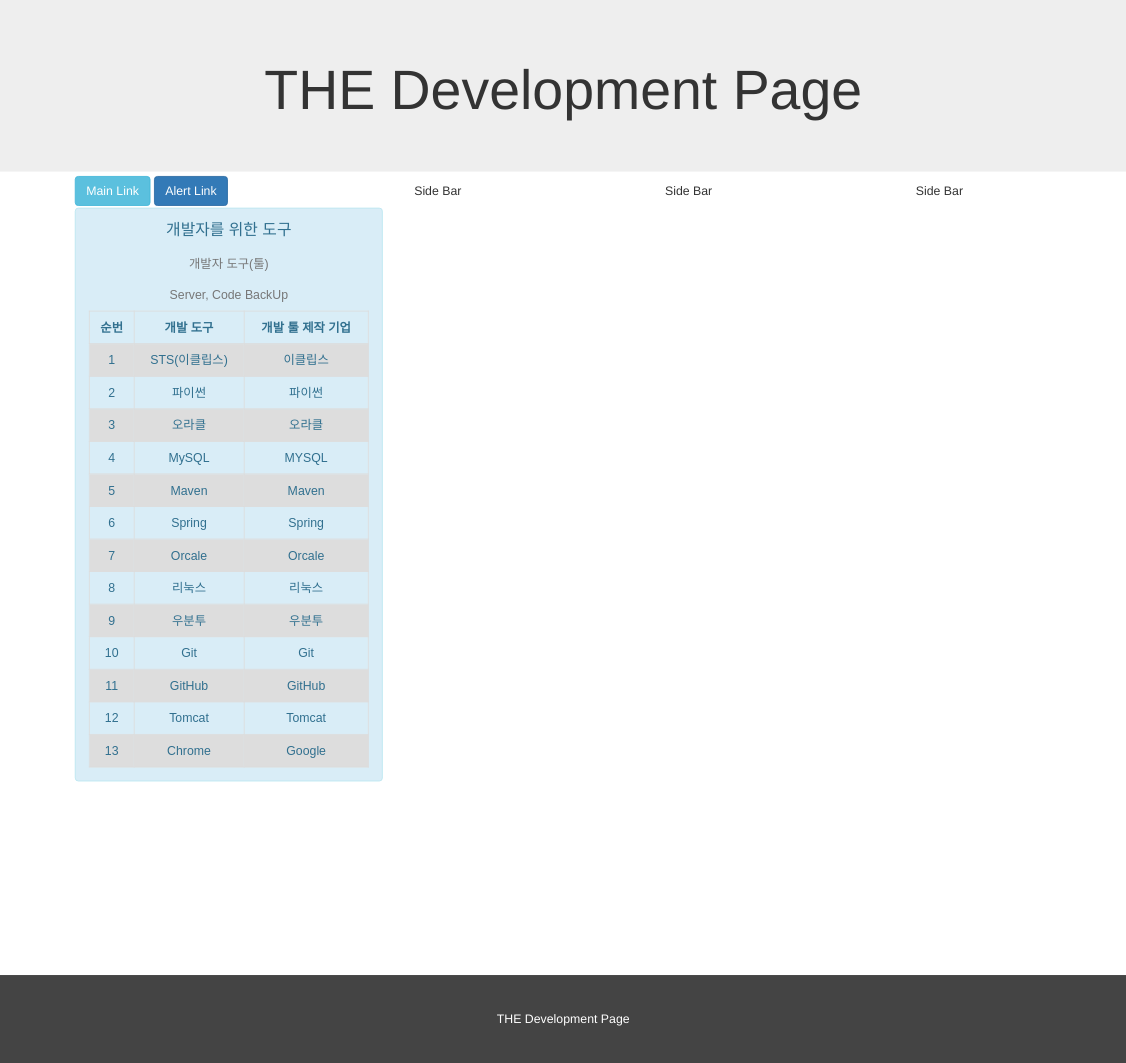
Repository: as2019a/spring
Page: http://localhost/ch19_project_mavenwebsite/WEB-INF/views/development.jsp
These files come from the project's save history. The page is drawn as it stood at one moment and after the next save; the edit follows.
The browser window is 1280 px wide. The pictures show the whole page, at 88% of full size.
Some web libraries are served in a nearby version. The page is served by Tomcat 9. Nobody is signed in. Other server files are loaded and not shown. The template is opened directly, without the code that normally fills it, so the values that code supplies are empty.

Above is the page before, as saved 2019-01-30 07:44:30.

### ch19_project_mavenwebsite/src/main/webapp/WEB-INF/views/development.jsp
<%@ page language="java" contentType="text/html; charset=UTF-8"
    pageEncoding="UTF-8"%>
<%@ taglib prefix="c" uri="http://java.sun.com/jsp/jstl/core" %>
<%@ taglib prefix="sec" uri="http://www.springframework.org/security/tags" %>
<!DOCTYPE html>
<html>
<head>
<meta charset="UTF-8">
<meta name="viewport"
 	  content="width=device-width, initial-scale=1">
<title>THE Development Page</title>
<link href="https://maxcdn.bootstrapcdn.com/bootstrap/3.3.2/css/bootstrap.min.css" rel="stylesheet">
<link rel="stylesheet" href="https://use.fontawesome.com/releases/v5.5.0/css/all.css">
<style type="text/css">
	.jumbotron{
			margin-bottom: 5px;
	}

	h5{
		text-align:center;
	}

	#sa:hover{
		color:fuchsia;
	}

	#sc:hover{
		color:orange;
	}

	#sf:hover{
		color:lime;
	}

	table {
	  font-family: arial, sans-serif;
	  border-collapse: collapse;
	  width: 100%;
	}

	td, th {
	  border: 1px solid #dddddd;
	  text-align:center;
	  padding: 8px;
	}

	tr:nth-child(even) {
	  background-color: #dddddd;
	}

	.footer{
		height: 100px;
		line-height: 100px;
		background-color: #444;
		color: white;
		text-align: center;
		margin-top: 200px;
	}

</style>
</head>
<body>
	<div class="jumbotron">
		<h1 class="text-center" style="">THE Development Page</h1>
	</div>
	<div class="container">
	  <div class="row">
	  	<div class="col-sm-12">
	  		<div class="col-sm-3">
	  			<a href="/main" type="button" class="btn btn-info">Main Link</a>
	  			<button type="button" class="btn btn-primary" onclick="alertsone()">
	  			Alert Link</button>
	  		</div>
	  		<div class="col-sm-3">
	  			<h5 id="sa">Side Bar</h5>
	  		</div>
	  		<div class="col-sm-3">
	  			<h5 id="sc">Side Bar</h5>
	  		</div>
	  		<div class="col-sm-3">
	  			<h5 id="sf">Side Bar</h5>
	  		</div>
	  	</div>
	    <div class="col-xs-12">
	    	<div class="col-xs-4">
	    		<div class="alert alert-info">
	    			<h4 style="font-size:large;text-align:center;">개발자를 위한 도구</h4>
	    			<table>
	    				<caption class="text-center">개발자 도구(툴)</caption>
	    				<caption class="text-center">Server, Code BackUp</caption>
	    				<thead>
	    					<tr>
	    						<th>순번</th>
	    						<th>개발 도구</th>
	    						<th>개발 툴 제작 기업</th>
	    					</tr>
	    					<tr>
	    						<td>1</td>
	    						<td>STS(이클립스)</td>
	    						<td>이클립스</td>
	    					</tr>
	    					<tr>
	    						<td>2</td>
	    						<td>파이썬</td>
	    						<td>파이썬</td>
	    					</tr>
	    					<tr>
	    						<td>3</td>
	    						<td>오라클</td>
	    						<td>오라클</td>
	    					</tr>
	    					<tr>
	    						<td>4</td>
	    						<td>MySQL</td>
	    						<td>MYSQL</td>
	    					</tr>
	    					<tr>
	    						<td>5</td>
	    						<td>Maven</td>
	    						<td>Maven</td>
	    					</tr>
	    					<tr>
	    						<td>6</td>
	    						<td>Spring</td>
	    						<td>Spring</td>
	    					</tr>
	    					<tr>
	    						<td>7</td>
	    						<td>Orcale</td>
	    						<td>Orcale</td>
	    					</tr>
	    					<tr>
	    						<td>8</td>
	    						<td>리눅스</td>
	    						<td>리눅스</td>
	    					</tr>
	    					<tr>
	    						<td>9</td>
	    						<td>우분투</td>
	    						<td>우분투</td>
	    					</tr>
	    					<tr>
	    						<td>10</td>
	    						<td>Git</td>
	    						<td>Git</td>
	    					</tr>
	    					<tr>
	    						<td>11</td>
	    						<td>GitHub</td>
	    						<td>GitHub</td>
	    					</tr>
	    					<tr>
	    						<td>12</td>
	    						<td>Tomcat</td>
	    						<td>Tomcat</td>
	    					</tr>
	    					<tr>
	    						<td>13</td>
	    						<td>Chrome</td>
	    						<td>Google</td>
	    					</tr>
	    				</thead>

	    			</table>
	    		</div>
	    	</div>
	    	<div class="col-xs-4">

	    	</div>
	    	<div class="col-xs-4">

	    	</div>
	    </div>
	  </div>
	</div>
	<div class="footer">
		<p class="text-center" style="">THE Development Page</p>
	</div>
	<script src="https://code.jquery.com/jquery-3.3.1.min.js"></script>
	<script src="https://maxcdn.bootstrapcdn.com/bootstrap/3.3.2/js/bootstrap.min.js"></script>
	<script type="text/javascript">

	</script>
</body>
</html>

After the next save:
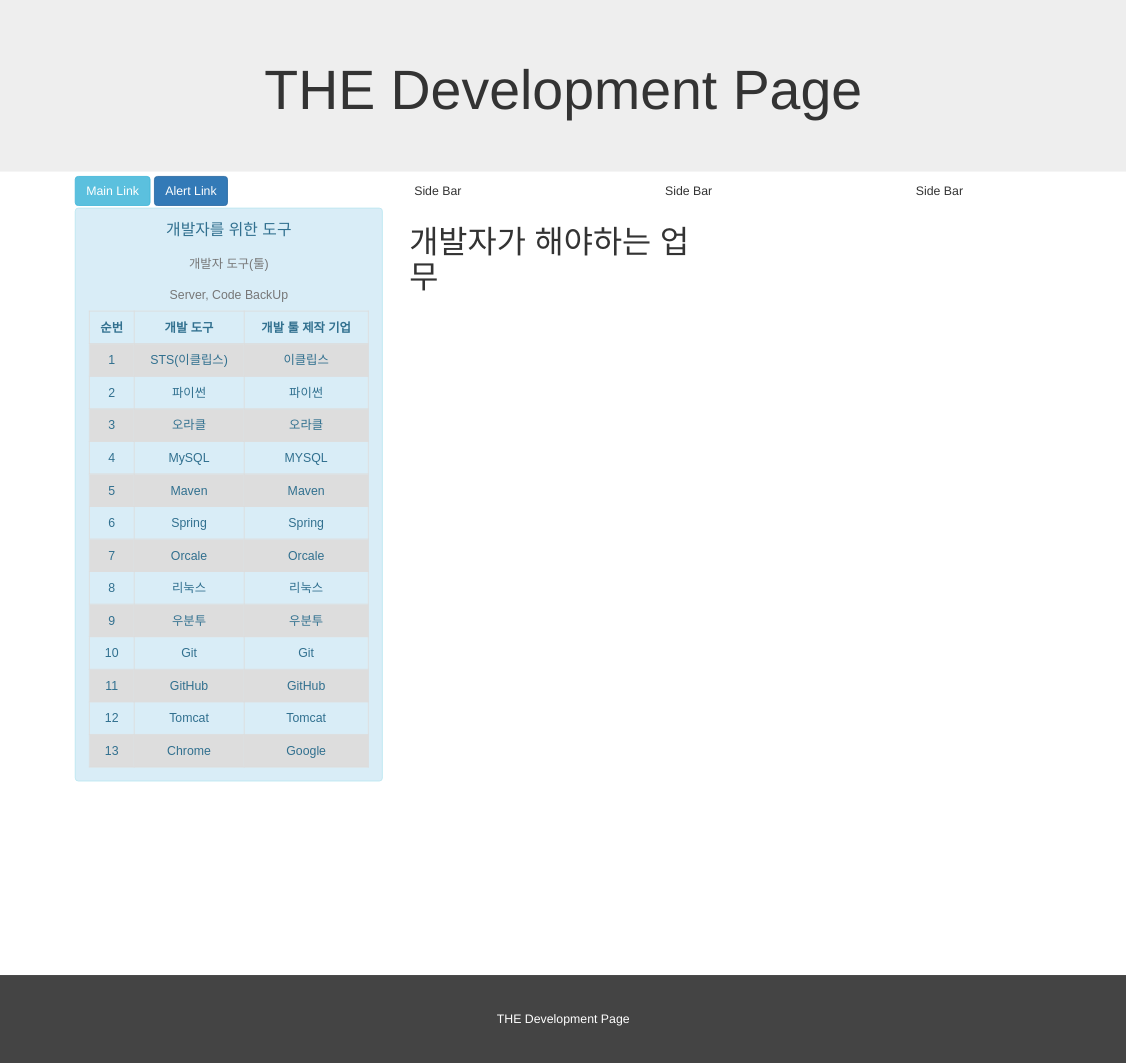
Saved 91 s later.
--- a/ch19_project_mavenwebsite/src/main/webapp/WEB-INF/views/development.jsp
+++ b/ch19_project_mavenwebsite/src/main/webapp/WEB-INF/views/development.jsp
@@ -165,7 +165,7 @@
 	    		</div>
 	    	</div>
 	    	<div class="col-xs-4">
-
+	    		<h1>개발자가 해야하는 업무</h1>
 	    	</div>
 	    	<div class="col-xs-4">
 
